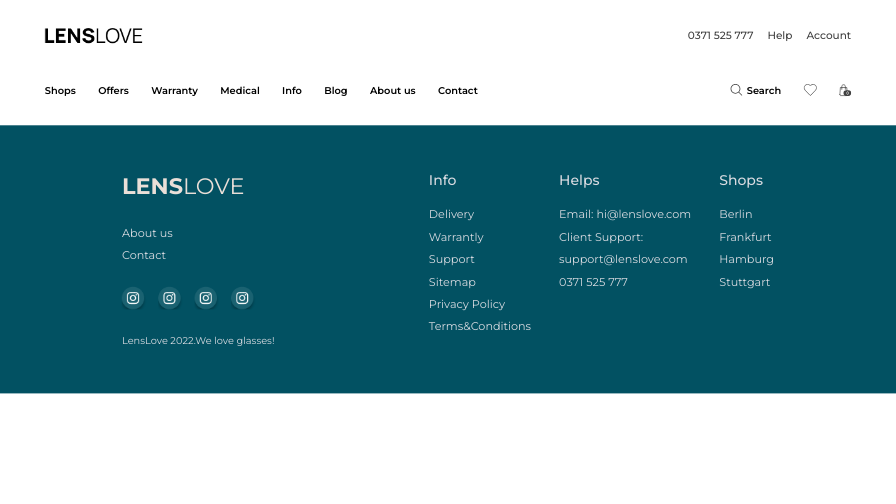
Repository: thienthanhvinh/glasses-react
Page: /
The author's editor kept a copy of each file at every save. The page is drawn from the files as they stood at one save, then again after the next save.
The browser window is 1280 px wide. The pictures show the part of the page from y = 0 to 1920 px (the page is 720 px tall before and 5645 px after), at 70% of full size.
The project was rebuilt for these pictures with package versions that can differ from the ones it lists, and the page was loaded fresh each time. Also part of the build but not shown: src/App.css, src/components/common/FormGroup.js, src/components/input/Input.js, src/components/label/Label.js, src/hooks/useDarkMode.js, src/layout/LayoutAuthentication.js, src/components/icons/IconEyeToggle.js, src/pages/SignInPage.js and 1 more.

Above is the page before, as saved 2023-02-13 20:01:45.

After the next save:
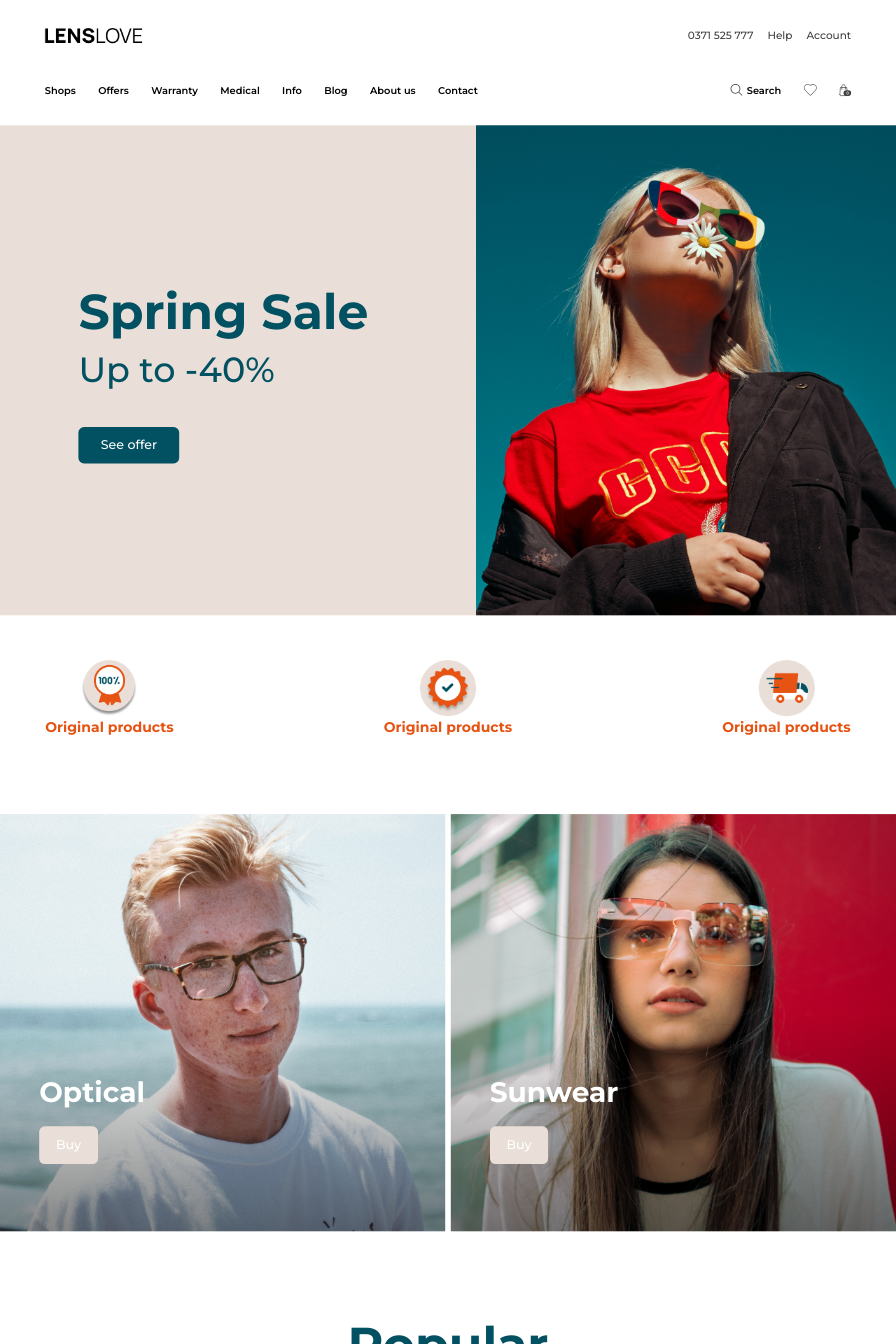
Saved 4 s later.
--- a/src/pages/HomePage.js
+++ b/src/pages/HomePage.js
@@ -16,10 +16,47 @@ const HomePage = () => {
   return (
     <Fragment>
       <LayoutGlasses>
-
+        <SpringSales></SpringSales>
+        <Intro></Intro>
+        <Category></Category>
+        <Heading>Popular</Heading>
+        <GlassesGrid>
+          {Array(4)
+            .fill(0)
+            .map((item) => (
+              <GlassesItem key={v4()}></GlassesItem>
+            ))}
+          {/* <GlassesItem></GlassesItem> */}
+        </GlassesGrid>
+        <div className="text-center mb-[140px]">
+          <Button className="mt-[70px] px-5 py-2 rounded-[4px]">See all</Button>
+        </div>
+        <Heading>New</Heading>
+        <GlassesGrid>
+          {Array(4)
+            .fill(0)
+            .map((item) => (
+              <GlassesItem key={v4()}></GlassesItem>
+            ))}
+        </GlassesGrid>
+        <div className="text-center mb-[140px]">
+          <Button className="mt-[70px] px-5 py-2 rounded-[4px]">See all</Button>
+        </div>
+        <Heading>Sunwear</Heading>
+        <GlassesGrid>
+          {Array(4)
+            .fill(0)
+            .map((item) => (
+              <GlassesItem key={v4()}></GlassesItem>
+            ))}
+        </GlassesGrid>
+        <div className="text-center mb-[112px]">
+          <Button className="mt-[70px] px-5 py-2 rounded-[4px]">See all</Button>
+        </div>
+        <Heading className="mb-[80px]">Our advice</Heading>
+        <HeadLine></HeadLine>
+        <HeadLine type="secondary"></HeadLine>
       </LayoutGlasses>
-
-
     </Fragment>
   );
 };
